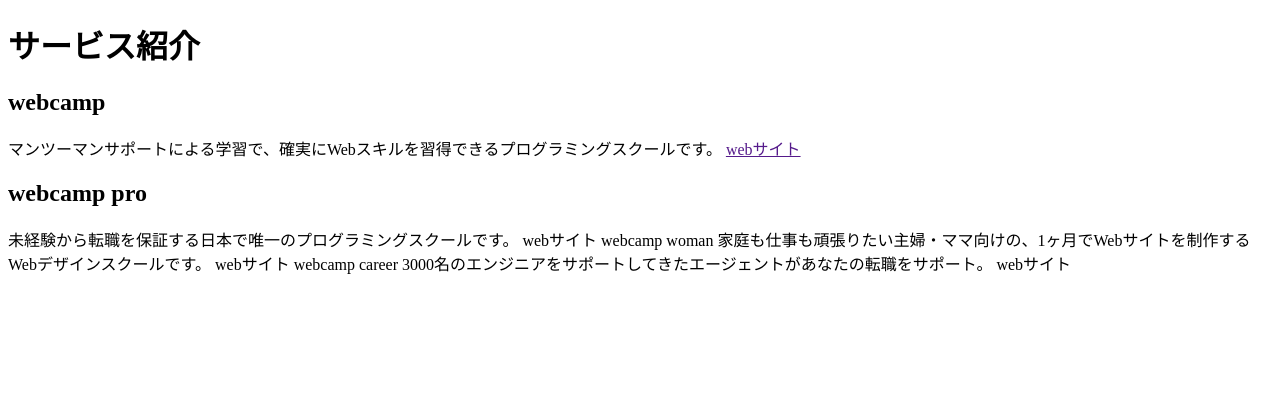
Repository: sutanuki/webcamp
Page: html,css/c2/index.html
The author's editor kept a record of every edit. The page is drawn from the files as they stood at one moment, then again after the next edit.
The browser window is 1280 px wide. The pictures show the whole page.

Above is the page before.

### html,css/c2/index.html
<!DOCTYPE html>
<html>
  <head>
    <meta charset=utf-8 />
    <title></title>
  </head>
  <body>
    <h1>サービス紹介</h1>
      <h2>webcamp</h2>
        マンツーマンサポートによる学習で、確実にWebスキルを習得できるプログラミングスクールです。
        <a href="">webサイト</a>
      <h2>webcamp pro</h2>
        未経験から転職を保証する日本で唯一のプログラミングスクールです。
        webサイト
      webcamp woman
        家庭も仕事も頑張りたい主婦・ママ向けの、1ヶ月でWebサイトを制作するWebデザインスクールです。
        webサイト
      webcamp career
        3000名のエンジニアをサポートしてきたエージェントがあなたの転職をサポート。
        webサイト
  </body>
</html>

After the next edit:
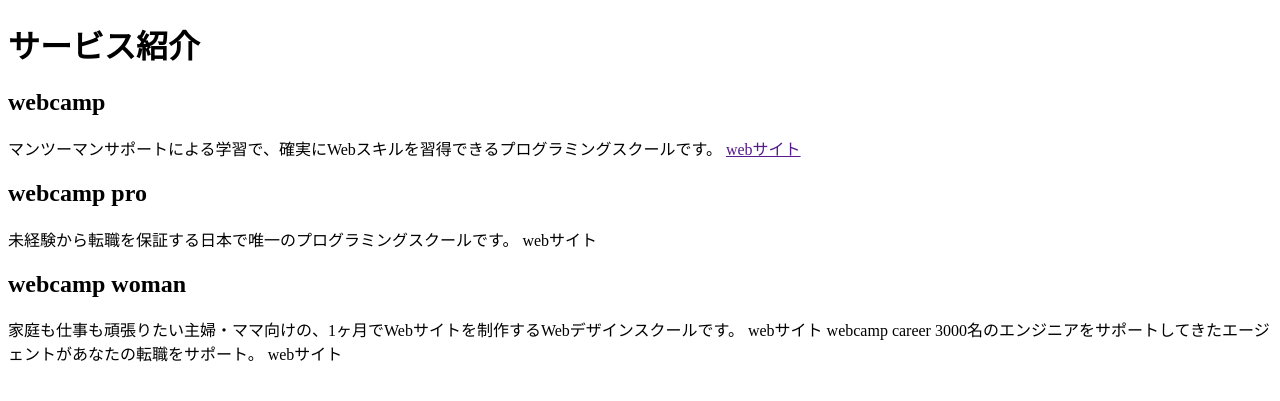
The edit:
--- a/html,css/c2/index.html
+++ b/html,css/c2/index.html
@@ -12,7 +12,7 @@
       <h2>webcamp pro</h2>
         未経験から転職を保証する日本で唯一のプログラミングスクールです。
         webサイト
-      webcamp woman
+      <h2>webcamp woman</h2>
         家庭も仕事も頑張りたい主婦・ママ向けの、1ヶ月でWebサイトを制作するWebデザインスクールです。
         webサイト
       webcamp career
